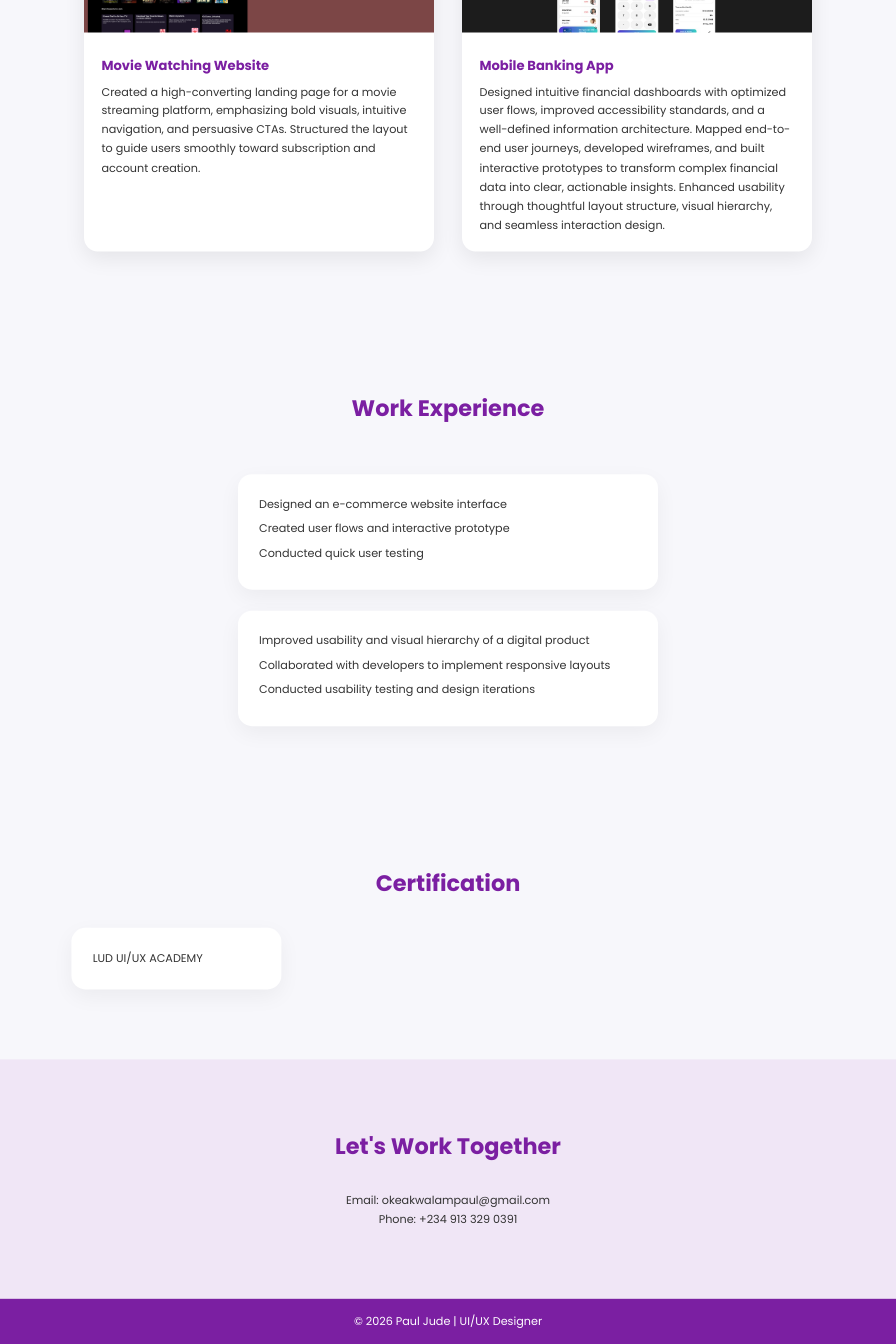
Repository: Paulo-930/UI-UX-Portfolio
Page: index.html
An editor plug-in stored every save of this project. The page is shown before and after the next save, followed by the edit.
The browser window is 1280 px wide. The pictures show the part of the page from y = 2019 to 3939 px (the page is 3939 px tall), at 70% of full size.

Above is the page before, as saved 2026-02-23 13:54:00.

### index.html
<!doctype html>
<html lang="en">
  <head>
    <meta charset="UTF-8" />
    <meta name="viewport" content="width=device-width, initial-scale=1.0" />
    <title>Paul Jude | UI/UX Designer</title>
    <link rel="stylesheet" href="style.css" />
    <link
      href="https://fonts.googleapis.com/css2?family=Poppins:wght@300;400;600;700&display=swap"
      rel="stylesheet"
    />
  </head>
  <body>
    <!-- HEADER -->
    <header class="navbar">
      <h2 class="logo">Paul Jude</h2>
      <nav>
        <a href="#about">About</a>
        <a href="#skills">Skills</a>
        <a href="#projects">Projects</a>
        <a href="#experience">Experience</a>
        <a href="#certification">Certification</a>
        <a href="#contact">Contact</a>
      </nav>
    </header>

    <!-- HERO SECTION -->
    <section class="hero">
      <div class="hero-text">
        <h1>UI/UX Designer</h1>
        <p>
          I design user-centered digital experiences that are clean, modern and
          intuitive.
        </p>
        <a href="#contact" class="btn">Hire Me</a>
      </div>

      <div class="hero-image">
        <img src="Imagery/profile.png" alt="Paul Jude" />
      </div>
    </section>

    <!-- ABOUT -->
    <section id="about" class="section">
      <h2>About Me</h2>
      <p>
        I bring a strong understanding of user flows, wireframes, and responsive
        design, helping teams build digital products that solve real user
        problems.
      </p>
    </section>

    <!-- SKILLS -->
    <section id="skills" class="section">
      <h2>Skills</h2>

      <div class="skills-grid">
        <div class="card">
          <h3>Design Tools</h3>
          <ul>
            <li>Figma</li>
            <li>Canva</li>
            <li>Photoshop</li>
            <li>UI Skills</li>
            <li>Wireframes</li>
            <li>Visual Design</li>
            <li>Layout Design</li>
            <li>Style Guides</li>
          </ul>
        </div>

        <div class="card">
          <h3>Personal Skills</h3>
          <ul>
            <li>Leadership</li>
            <li>Communication</li>
            <li>Self-confidence</li>
            <li>Teamwork</li>
            <li>Problem-solving</li>
            <li>Organization</li>
          </ul>
        </div>

        <div class="card">
          <h3>Languages</h3>
          <ul>
            <li>HTML</li>
            <li>CSS</li>
            <li>JavaScript</li>
          </ul>
        </div>
      </div>
    </section>

    <!-- PROJECTS -->
    <section id="projects" class="section">
      <h2>Projects</h2>

      <div class="projects-grid">
        <div class="project-card">
          <div class="project-image">
            <img src="Imagery/Project-one.png" alt="Project 1" />
          </div>
          <div class="project-content">
            <h3>Movie Watching Website</h3>
                <p>
                Created a high-converting landing page for a movie streaming platform,
                emphasizing bold visuals, intuitive navigation, and persuasive CTAs.
                Structured the layout to guide users smoothly toward subscription
                and account creation.
                </p>
          </div>
        </div>

        <div class="project-card">
          <div class="project-image">
            <img src="Imagery/Project-two.png" alt="Project 2" />
          </div>
          <div class="project-content">
            <h3>Mobile Banking App</h3>
            <p>
                Designed intuitive financial dashboards with optimized user flows,
                improved accessibility standards, and a well-defined information
                architecture. Mapped end-to-end user journeys, developed wireframes,
                and built interactive prototypes to transform complex financial data
                into clear, actionable insights. Enhanced usability through thoughtful
                layout structure, visual hierarchy, and seamless interaction design.
            </p>
          </div>
        </div>
      </div>
    </section>

    <!-- EXPERIENCE -->
    <section id="experience" class="section">
      <h2>Work Experience</h2>

      <div class="card">
        <ul>
          <li>Designed an e-commerce website interface</li>
          <li>Created user flows and interactive prototype</li>
          <li>Conducted quick user testing</li>
        </ul>
      </div>

      <div class="card">
        <ul>
          <li>Improved usability and visual hierarchy of a digital product</li>
          <li>Collaborated with developers to implement responsive layouts</li>
          <li>Conducted usability testing and design iterations</li>
        </ul>
      </div>
    </section>

    <!-- CERTIFICATION -->
    <section id="certification" class="section">
      <h2>Certification</h2>
      <div class="card">
        <p>LUD UI/UX ACADEMY</p>
      </div>
    </section>

    <!-- CONTACT -->
    <section id="contact" class="section contact">
      <h2>Let's Work Together</h2>
      <p>Email: okeakwalampaul@gmail.com</p>
      <p>Phone: +234 913 329 0391</p>
    </section>

    <footer>
      <p>© 2026 Paul Jude | UI/UX Designer</p>
    </footer>
  </body>
</html>

### style.css
* {
  margin: 0;
  padding: 0;
  box-sizing: border-box;
  scroll-behavior: smooth;
}

body {
  font-family: 'Poppins', sans-serif;
  background: #f7f7fb;
  color: #333;
}

/* NAVBAR */
.navbar {
  display: flex;
  justify-content: space-between;
  align-items: center;
  padding: 20px 8%;
  background: rgba(123, 31, 162, 0.95);
  color: white;
  position: sticky;
  top: 0;
  backdrop-filter: blur(10px);
}

.navbar nav a {
  color: white;
  text-decoration: none;
  margin-left: 20px;
  font-weight: 500;
  transition: 0.3s ease;
}

.navbar nav a:hover {
  opacity: 0.7;
}

/* HERO */
.hero {
  display: flex;
  align-items: center;
  justify-content: space-between;
  padding: 100px 8%;
  background: linear-gradient(135deg, #7b1fa2, #9c27b0);
  color: white;
  flex-wrap: wrap;
}

.hero-text {
  max-width: 500px;
}

.hero h1 {
  font-size: 48px;
  margin-bottom: 20px;
}

.hero p {
  margin-bottom: 30px;
  line-height: 1.6;
}

.btn {
  background: white;
  color: #7b1fa2;
  padding: 12px 24px;
  border-radius: 30px;
  text-decoration: none;
  font-weight: 600;
  transition: 0.3s ease;
}

.btn:hover {
  background: #291336;
  color: white;
}

.hero-image img {
  width: 250px;
  border-radius: 20px;
  border: 4px solid white;
  box-shadow: 0 10px 30px rgba(0,0,0,0.2);
}

/* SECTIONS */
.section {
  padding: 100px 8%;
  text-align: center;
}

.section h2 {
  font-size: 32px;
  margin-bottom: 40px;
  color: #7b1fa2;
}

.section p {
  max-width: 700px;
  margin: 0 auto;
  line-height: 1.7;
}

/* CARDS */
.skills-grid {
  display: flex;
  gap: 30px;
  flex-wrap: wrap;
  justify-content: center;
}

.card {
  background: white;
  padding: 30px;
  border-radius: 20px;
  box-shadow: 0 10px 30px rgba(0,0,0,0.05);
  max-width: 300px;
  width: 100%;
  text-align: left;
}

.card h3 {
  margin-bottom: 15px;
  color: #7b1fa2;
}

.card ul {
  list-style: none;
}

.card ul li {
  margin-bottom: 10px;
}

/* EXPERIENCE CENTER FIX */
#experience {
  display: flex;
  flex-direction: column;
  align-items: center;
  gap: 30px;
}

#experience .card {
  max-width: 600px;
  width: 100%;
}



/* PROJECTS */
.projects-grid {
  display: flex;
  gap: 40px;
  flex-wrap: wrap;
  justify-content: center;
}

.project-card {
  background: white;
  border-radius: 20px;
  overflow: hidden;
  box-shadow: 0 10px 30px rgba(0,0,0,0.08);
  max-width: 500px;
  width: 100%;
  transition: transform 0.3s ease, box-shadow 0.3s ease;
}

.project-card:hover {
  transform: translateY(-8px);
  box-shadow: 0 15px 40px rgba(0,0,0,0.12);
}

.project-image img {
  width: 100%;
  height: 250px;
  object-fit: cover;
}

.project-content {
  padding: 25px;
  text-align: left;
}

.project-content h3 {
  color: #7b1fa2;
  margin-bottom: 10px;
}

/* CONTACT */
.contact {
  background: #f0e6f6;
}

/* FOOTER */
footer {
  padding: 20px;
  text-align: center;
  background: #7b1fa2;
  color: white;
}

/* RESPONSIVE */
@media (max-width: 768px) {
  .hero {
    flex-direction: column;
    text-align: center;
  }

  .hero-image {
    margin-top: 30px;
  }

  .navbar nav {
    display: none;
  }
}

After the next save:
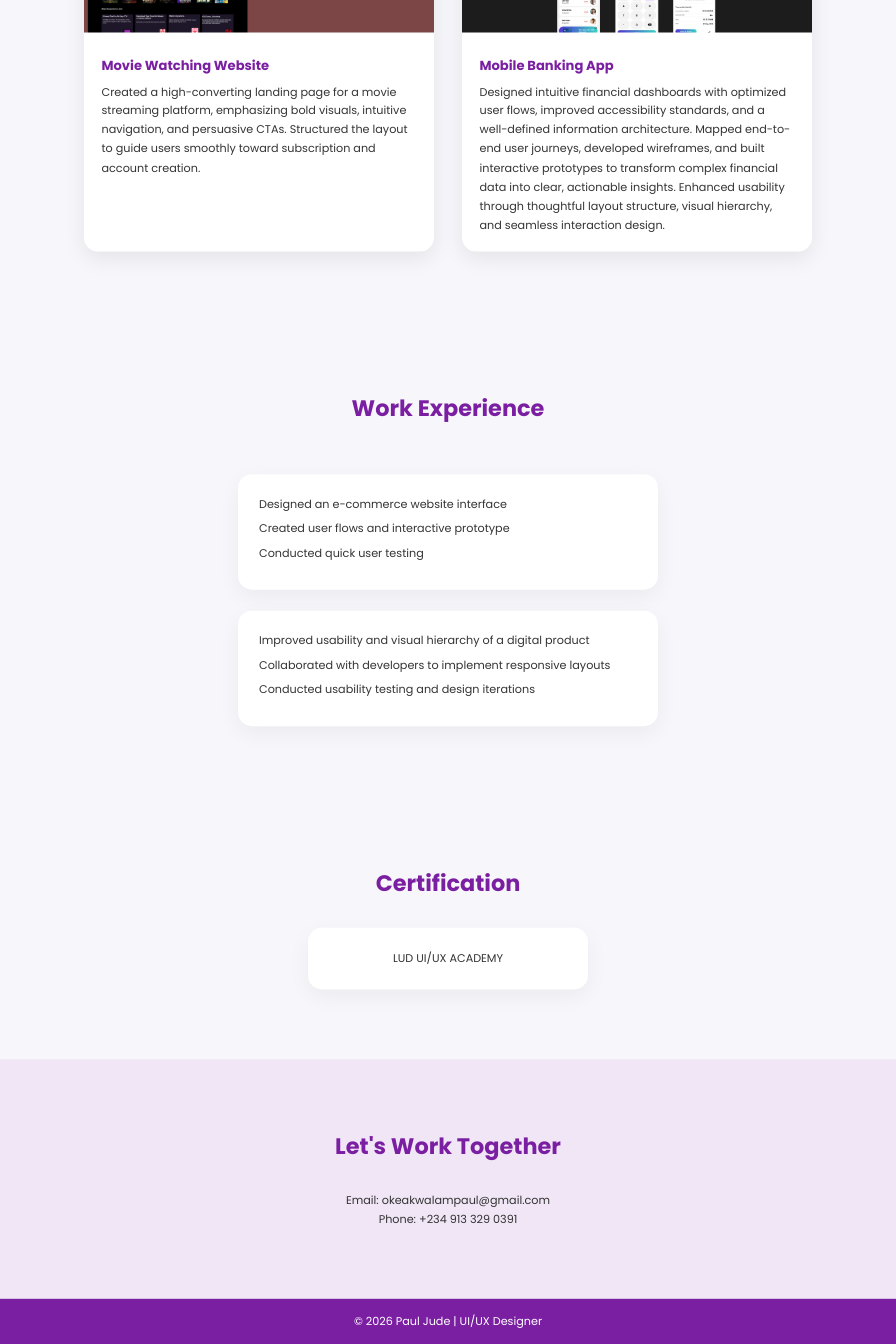
Saved 15 s later.
--- a/style.css
+++ b/style.css
@@ -145,7 +145,17 @@
   width: 100%;
 }
 
-
+#certification {
+  display: flex;
+  flex-direction: column;
+  align-items: center;
+}
+
+#certification .card {
+  max-width: 400px;
+  width: 100%;
+  text-align: center;
+}
 
 /* PROJECTS */
 .projects-grid {
